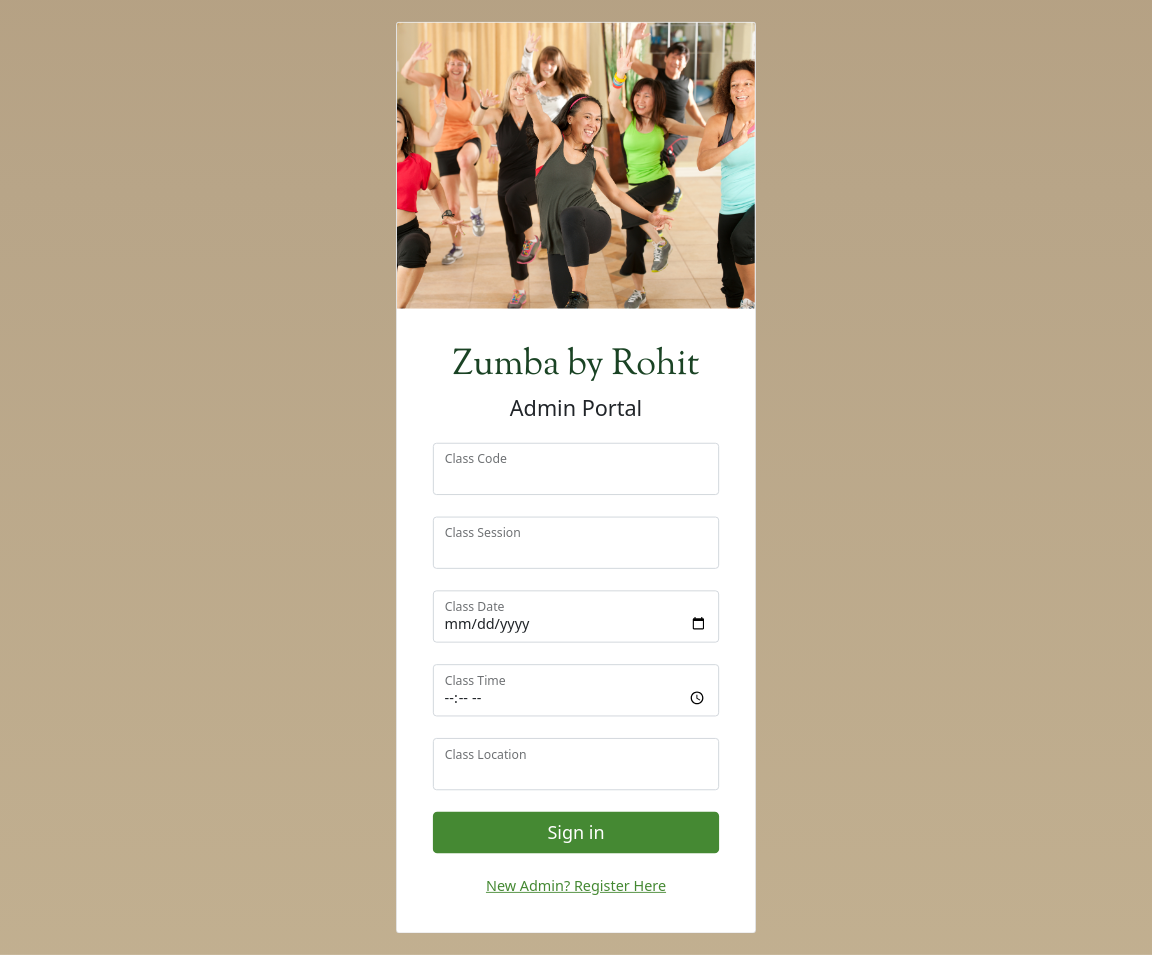
Repository: ronetteguevara/CalTech-ZumbaApp
Page: ZumbaApp/ZumbaApp/src/main/webapp/add-class.html
The author's editor kept a copy of each file at every save. The page is drawn from the files as they stood at one save, then again after the next save.
The browser window is 1280 px wide. The pictures show the whole page, at 90% of full size.

Above is the page before, as saved 2024-05-01 00:56:52.

### ZumbaApp/ZumbaApp/src/main/webapp/add-class.html
<!DOCTYPE html>
<html>
<head>
<meta charset="UTF-8">
<title>Add Class</title>
<link rel="stylesheet" href="css/bootstrap.css"></link>
<link rel="stylesheet" href="style.css"></link>
</head>
<body class="gradient-background">

	<div class="my-4 d-flex justify-content-center col-xl-12 col-lg-12 col-md-12 col-sm-12 col-12" data-new-gr-c-s-check-loaded="14.1169.0" data-gr-ext-installed="">
	<main class="form-signin d-flex justify-content-center">
	<form action="   " method="post">
		<div class="card" style="width: 25rem;">
			<img src="assets/Add_Class.png" class="card-img-top" alt="Rohit smiling">
		<div class="card-body text-center">
			<h1 class="mt-4 mb-2 fw-normal text-center">Zumba by Rohit</h1>
			<h4 class="mb-4 fw-normal text-center">Admin Portal</h4>
			<div class="form-floating mx-4 my-4">
				<input type="text" name="txtClassCode" class="form-control">
				<label for="floatingInput">Class Code</label>
			</div>

			<div class="form-floating mx-4 my-4">
				<input type="text" name="txtSession" class="form-control">
				<label for="floatingPassword">Class Session</label>
			</div>

			<div class="form-floating mx-4 my-4">
				<input type="date" name="txtClassDate" class="form-control">
				<label for="floatingPassword">Class Date</label>
			</div>

			<div class="form-floating mx-4 my-4">
				<input type="time" name="txtClassTime" class="form-control">
				<label for="floatingPassword">Class Time</label>
			</div>

			<div class="form-floating mx-4 my-4">
				<input type="text" name="txtClassLocation" class="form-control">
				<label for="floatingPassword">Class Location</label>
			</div>

			<div class="mx-4 my-4">
			<button class="w-100 btn btn-lg btn-primary button" type="submit">Sign in</button>
			</div>
			<div class="my-4">
			<a href="register.html">New Admin? Register Here</a>
			</div>
		</div>
		</div>
    </form>
    </main>
    </div>
</body>
</html>

### ZumbaApp/ZumbaApp/src/main/webapp/style.css
@charset "UTF-8";

.button {
  background-color: #458933;
  border: none;
}

.button:hover {
  background-color: #82c360;
}

a {
  color: #458933;
}

a:hover {
 color: #82c360;
}

a:visited {
  color: #1a4324;
}

h1 {
	font-family: Sorts-Mill-Goudy-Regular;
	color: #1a4324;
}

@font-face {
  font-family: "Sorts-Mill-Goudy-Italic";
  src: url(/assets/Fonts/SortsMillGoudy-Italic.ttf);
}

@font-face {
  font-family: "Sorts-Mill-Goudy-Regular";
  src: url(/assets/Fonts/SortsMillGoudy-Regular.ttf);
}

.gradient-background {
  background: linear-gradient(0deg, #f2e5b9, #b8a588, #774c24);
  background-size: 1000% 1000%;

  -webkit-animation: AnimationName 8s ease infinite;
  -moz-animation: AnimationName 8s ease infinite;
  animation: AnimationName 8s ease infinite;
}

@-webkit-keyframes AnimationName {
  0%{background-position:0% 35%}
  50%{background-position:100% 66%}
  100%{background-position:0% 35%}
}
@-moz-keyframes AnimationName {
  0%{background-position:0% 35%}
  50%{background-position:100% 66%}
  100%{background-position:0% 35%}
}
@keyframes AnimationName {
  0%{background-position:0% 35%}
  50%{background-position:100% 66%}
  100%{background-position:0% 35%}

}

Loaded but not shown: ZumbaApp/ZumbaApp/src/main/webapp/css/bootstrap.css (library)

After the next save:
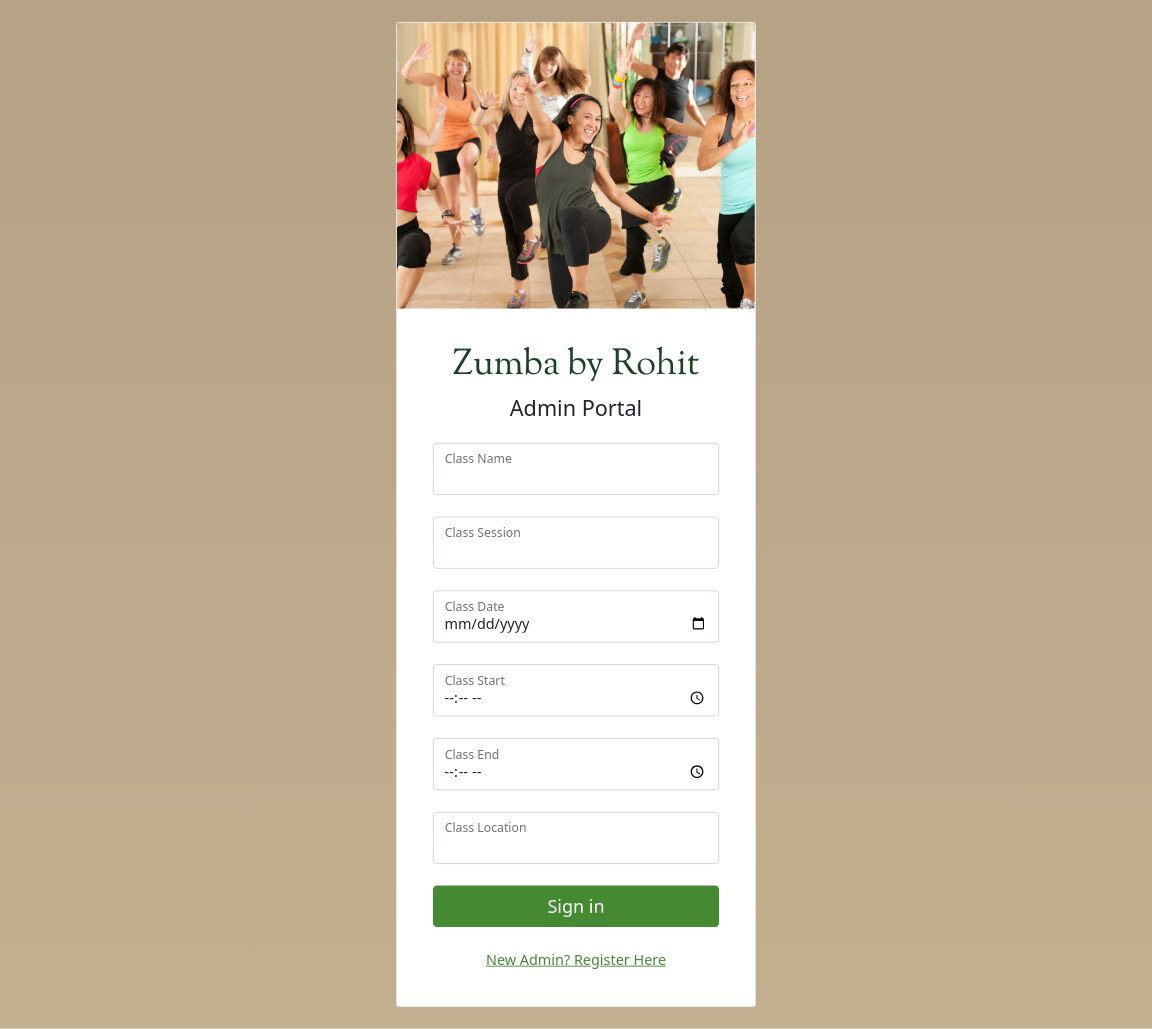
Saved 52 s later.
--- a/ZumbaApp/ZumbaApp/src/main/webapp/add-class.html
+++ b/ZumbaApp/ZumbaApp/src/main/webapp/add-class.html
@@ -17,8 +17,8 @@
 			<h1 class="mt-4 mb-2 fw-normal text-center">Zumba by Rohit</h1>
 			<h4 class="mb-4 fw-normal text-center">Admin Portal</h4>
 			<div class="form-floating mx-4 my-4">
-				<input type="text" name="txtClassCode" class="form-control">
-				<label for="floatingInput">Class Code</label>
+				<input type="text" name="txtClassName" class="form-control">
+				<label for="floatingInput">Class Name</label>
 			</div>
 
 			<div class="form-floating mx-4 my-4">
@@ -32,8 +32,13 @@
 			</div>
 
 			<div class="form-floating mx-4 my-4">
-				<input type="time" name="txtClassTime" class="form-control">
-				<label for="floatingPassword">Class Time</label>
+				<input type="time" name="txtClassStart" class="form-control">
+				<label for="floatingPassword">Class Start</label>
+			</div>
+
+			<div class="form-floating mx-4 my-4">
+				<input type="time" name="txtClassEnd" class="form-control">
+				<label for="floatingPassword">Class End</label>
 			</div>
 
 			<div class="form-floating mx-4 my-4">
